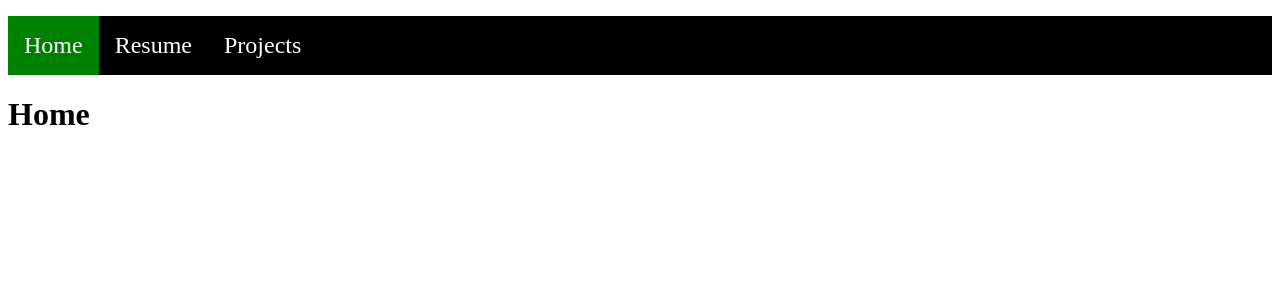
Repository: meganclapinski/meganclapinski.github.io
Page: project1.html
The author's editor kept a record of every edit. The page is drawn from the files as they stood at one moment, then again after the next edit.
The browser window is 1280 px wide. The pictures show the whole page.

Above is the page before.

After the next edit:
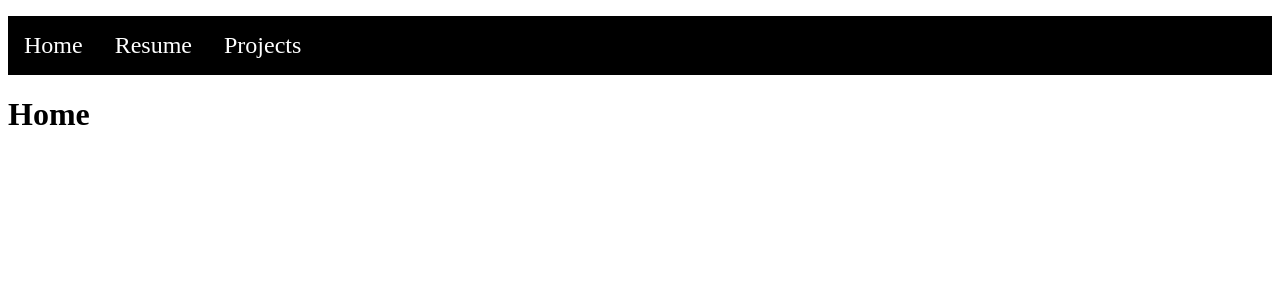
The edit:
--- a/project1.html
+++ b/project1.html
@@ -8,7 +8,7 @@
    </head>
    <body>
         <ul class="navbar">
-            <li class="active"> <a href="./" >Home</a></li>
+            <li> <a href="./" >Home</a></li>
 
             <li> <a href="resume.html" >Resume</a></li>
 
